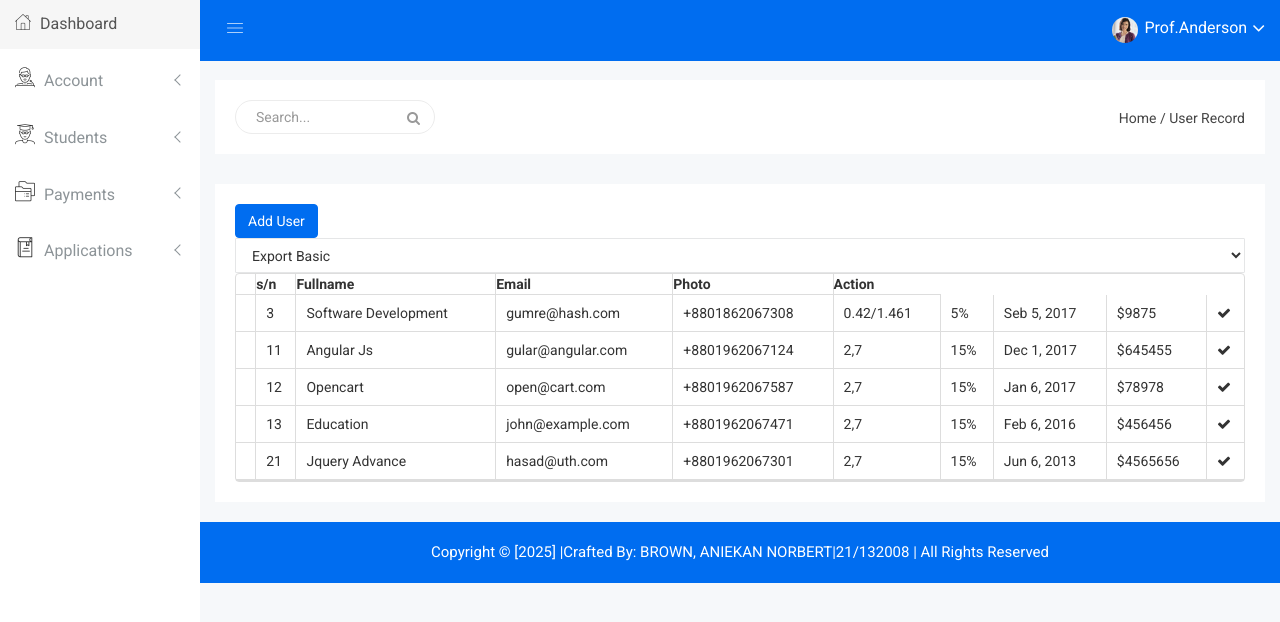
Repository: walterjnr1/crowdfunding-system
Page: http://localhost/Admin/user_record.php
An editor plug-in stored every save of this project. The page is shown before and after the next save, followed by the edit.
The browser window is 1280 px wide. The pictures show the whole page.
The page is run by PHP 8.4 with error messages shown; the project is at /var/www/html/. Other server files are loaded and not shown.

Above is the page before, as saved 2025-02-20 11:27:14.
Console error (its wording comes from the project's code and is left out).

### Admin/user_record.php
<!doctype html>
<html class="no-js" lang="en">

<head>
<title>User Record  | Kiaalap - Kiaalap Admin Template</title>

    <?php include 'head.php'; ?>
</head>
<body>
    <!--[if lt IE 8]>
		<p class="browserupgrade">You are using an <strong>outdated</strong> browser. Please <a href="http://browsehappy.com/">upgrade your browser</a> to improve your experience.</p>
	<![endif]-->
    <!-- Start Left menu area -->
    <div class="left-sidebar-pro">
        <nav id="sidebar" class="">
            <div class="sidebar-header">
                <a href="index.php"></a>
                <strong><a href="index.php"></a></strong>            </div>
            <div class="left-custom-menu-adp-wrap comment-scrollbar">

                <?php include 'sidebar_main.php'; ?>

            </div>
        </nav>
    </div>
    <!-- End Left menu area -->
    <!-- Start Welcome area -->
    <div class="all-content-wrapper">
        <div class="container-fluid">
            <div class="row">
                <div class="col-lg-12 col-md-12 col-sm-12 col-xs-12">
                    <div class="logo-pro">
                        <a href="index.php"><img class="main-logo" src="img/logo/logo.png" alt="" /></a>
                    </div>
                </div>
            </div>
        </div>
        <div class="header-advance-area">
        <div class="header-top-area">
                <div class="container-fluid">
                    <div class="row">
                        <div class="col-lg-12 col-md-12 col-sm-12 col-xs-12">
                            <div class="header-top-wraper">
                                <?php include 'header.php'; ?>
                            </div>
                        </div>
                    </div>
                </div>
            </div>
            <!-- Mobile Menu start -->
            <div class="mobile-menu-area">
                <div class="container">
                    <div class="row">
                        <div class="col-lg-12 col-md-12 col-sm-12 col-xs-12">
                            <div class="mobile-menu">
                                <?php include 'sidebar_mobile.php'; ?>
                            </div>
                        </div>
                    </div>
                </div>
            </div>
            <!-- Mobile Menu end -->
            <div class="breadcome-area">
                <div class="container-fluid">
                    <div class="row">
                        <div class="col-lg-12 col-md-12 col-sm-12 col-xs-12">
                            <div class="breadcome-list single-page-breadcome">
                                <div class="row">
                                    <div class="col-lg-6 col-md-6 col-sm-6 col-xs-12">
                                        <div class="breadcome-heading">
                                            <form role="search" class="sr-input-func">
                                                <input type="text" placeholder="Search..." class="search-int form-control">
                                                <a href="#"><i class="fa fa-search"></i></a>
                                            </form>
                                        </div>
                                    </div>
                                    <div class="col-lg-6 col-md-6 col-sm-6 col-xs-12">
                                        <ul class="breadcome-menu">
                                            <li><a href="#">Home</a> <span class="bread-slash">/</span>
                                            </li>
                                            <li><span class="bread-blod">User Record</span>
                                            </li>
                                        </ul>
                                    </div>
                                </div>
                            </div>
                        </div>
                    </div>
                </div>
            </div>
        </div>
        <!-- Static Table Start -->
        <div class="data-table-area mg-b-15">
            <div class="container-fluid">
                <div class="row">
                    <div class="col-lg-12 col-md-12 col-sm-12 col-xs-12">
                        <div class="sparkline13-list">
                            <div class="sparkline13-hd">
                                <div class="main-sparkline13-hd">
                                <button onclick="window.location.href='add_user.php';" class="btn btn-primary waves-effect waves-light">Add User</button>

</div>
                            </div>
                            <div class="sparkline13-graph">
                                <div class="datatable-dashv1-list custom-datatable-overright">
                                    <div id="toolbar">
                                        <select class="form-control dt-tb">
											<option value="">Export Basic</option>
											<option value="all">Export All</option>
											<option value="selected">Export Selected</option>
										</select>
                                    </div>
                                    <table id="table" data-toggle="table" data-pagination="true" data-search="true" data-show-columns="true" data-show-pagination-switch="true" data-show-refresh="true" data-key-events="true" data-show-toggle="true" data-resizable="true" data-cookie="true"
                                        data-cookie-id-table="saveId" data-show-export="true" data-click-to-select="true" data-toolbar="#toolbar">
                                        <thead>
                                            <tr>
                                                <th data-field="state" data-checkbox="true"></th>
                                                <th data-field="id">s/n</th>
                                                <th data-field="name" data-editable="true">Fullname</th>
                                                <th data-field="email" data-editable="true">Email</th>
                                                <th data-field="date" data-editable="true">Photo</th>
                                                <th data-field="action">Action</th>
                                            </tr>
                                        </thead>
                                        <tbody>

                                            <tr>
                                                <td></td>
                                                <td>3</td>
                                                <td>Software Development</td>
                                                <td>gumre@hash.com</td>
                                                <td>+8801862067308</td>
                                                <td class="datatable-ct"><span class="pie">0.42/1.461</span>
                                                </td>
                                                <td>5%</td>
                                                <td>Seb 5, 2017</td>
                                                <td>$9875</td>
                                                <td class="datatable-ct"><i class="fa fa-check"></i>
                                                </td>
                                            </tr>

                                            <tr>
                                                <td></td>
                                                <td>11</td>
                                                <td>Angular Js</td>
                                                <td>gular@angular.com</td>
                                                <td>+8801962067124</td>
                                                <td class="datatable-ct"><span class="pie">2,7</span>
                                                </td>
                                                <td>15%</td>
                                                <td>Dec 1, 2017</td>
                                                <td>$645455</td>
                                                <td class="datatable-ct"><i class="fa fa-check"></i>
                                                </td>
                                            </tr>
                                            <tr>
                                                <td></td>
                                                <td>12</td>
                                                <td>Opencart</td>
                                                <td>open@cart.com</td>
                                                <td>+8801962067587</td>
                                                <td class="datatable-ct"><span class="pie">2,7</span>
                                                </td>
                                                <td>15%</td>
                                                <td>Jan 6, 2017</td>
                                                <td>$78978</td>
                                                <td class="datatable-ct"><i class="fa fa-check"></i>
                                                </td>
                                            </tr>
                                            <tr>
                                                <td></td>
                                                <td>13</td>
                                                <td>Education</td>
                                                <td>john@example.com</td>
                                                <td>+8801962067471</td>
                                                <td class="datatable-ct"><span class="pie">2,7</span>
                                                </td>
                                                <td>15%</td>
                                                <td>Feb 6, 2016</td>
                                                <td>$456456</td>
                                                <td class="datatable-ct"><i class="fa fa-check"></i>
                                                </td>
                                            </tr>
                                             <tr>
                                                <td></td>
                                                <td>21</td>
                                                <td>Jquery Advance</td>
                                                <td>hasad@uth.com</td>
                                                <td>+8801962067301</td>
                                                <td class="datatable-ct"><span class="pie">2,7</span>
                                                </td>
                                                <td>15%</td>
                                                <td>Jun 6, 2013</td>
                                                <td>$4565656</td>
                                                <td class="datatable-ct"><i class="fa fa-check"></i>
                                                </td>
                                            </tr>
                                        </tbody>
                                    </table>
                                </div>
                            </div>
                        </div>
                    </div>
                </div>
            </div>
        </div>

        <?php include('../inc/footer_admin.php'); ?>

</div>

<?php include('bottom_script.php'); ?>
</body>

</html>

### Admin/header.php
<div class="row">
                                    <div class="col-lg-1 col-md-0 col-sm-1 col-xs-12">
                                        <div class="menu-switcher-pro">
                                            <button type="button" id="sidebarCollapse" class="btn bar-button-pro header-drl-controller-btn btn-info navbar-btn">
													<i class="educate-icon educate-nav"></i>
												</button>
                                        </div>
                                    </div>
                                    <div class="col-lg-6 col-md-7 col-sm-6 col-xs-12">
                                        <div class="header-top-menu tabl-d-n">

                                        </div>
                                    </div>
                                    <div class="col-lg-5 col-md-5 col-sm-12 col-xs-12">
                                        <div class="header-right-info">
                                            <ul class="nav navbar-nav mai-top-nav header-right-menu">


                                                <li class="nav-item">
                                                    <a href="#" data-toggle="dropdown" role="button" aria-expanded="false" class="nav-link dropdown-toggle">
															<img src="img/product/pro4.jpg" alt="" />
															<span class="admin-name">Prof.Anderson</span>
															<i class="fa fa-angle-down edu-icon edu-down-arrow"></i>
														</a>
                                                    <ul role="menu" class="dropdown-header-top author-log dropdown-menu animated zoomIn">

                                                        <li><a href="#"><span class="edu-icon edu-user-rounded author-log-ic"></span>My Profile</a>
                                                        </li>
                                                        <li><a href="#"><span class="edu-icon edu-money author-log-ic"></span>Change Password</a>
                                                        </li>
                                                        </li>
                                                        <li><a href="#"><span class="edu-icon edu-locked author-log-ic"></span>Log Out</a>
                                                        </li>
                                                    </ul>
                                                </li>


                                                </li>
                                            </ul>
                                        </div>
                                    </div>
                                </div>

### inc/footer_Admin.php
<div class="footer-copyright-area">
            <div class="container-fluid">
                <div class="row">
                    <div class="col-lg-12">
                        <div class="footer-copy-right">
                            <p>Copyright &copy; [<?php echo date("Y")?>] |Crafted By: BROWN, ANIEKAN NORBERT|21/132008 | All Rights Reserved</p>
                        </div>
                    </div>
                </div>
            </div>
        </div>

### Admin/css/educate-custon-icon.css
@font-face {
  font-family: 'educate-icon';
  src:
    url('fonts/educate-icon.ttf?kufm5h') format('truetype'),
    url('fonts/educate-icon.woff?kufm5h') format('woff'),
    url('fonts/educate-icon.svg?kufm5h#educate-icon') format('svg');
  font-weight: normal;
  font-style: normal;
}

.educate-icon {
  /* use !important to prevent issues with browser extensions that change fonts */
  font-family: 'educate-icon' !important;
  speak: none;
  font-style: normal;
  font-weight: normal;
  font-variant: normal;
  text-transform: none;
  line-height: 1;

  /* Better Font Rendering =========== */
  -webkit-font-smoothing: antialiased;
  -moz-osx-font-smoothing: grayscale;
}

.educate-danger:before {
  content: "\e91b";
}
.educate-info:before {
  content: "\e91c";
}
.educate-warning:before {
  content: "\e91d";
}
.educate-star:before {
  content: "\e919";
}
.educate-star-half:before {
  content: "\e91a";
}
.educate-apps:before {
  content: "\e900";
}
.educate-bell:before {
  content: "\e901";
}
.educate-charts:before {
  content: "\e902";
}
.educate-checked:before {
  content: "\e903";
}
.educate-cloud:before {
  content: "\e904";
}
.educate-comment:before {
  content: "\e905";
}
.educate-course:before {
  content: "\e906";
}
.educate-data-table:before {
  content: "\e907";
}
.educate-department:before {
  content: "\e908";
}
.educate-event:before {
  content: "\e909";
}
.educate-form:before {
  content: "\e90a";
}
.educate-home:before {
  content: "\e90b";
}
.educate-interface:before {
  content: "\e90c";
}
.educate-landing:before {
  content: "\e90d";
}
.educate-library:before {
  content: "\e90e";
}
.educate-menu:before {
  content: "\e90f";
}
.educate-message:before {
  content: "\e910";
}
.educate-miscellanous:before {
  content: "\e911";
}
.educate-nav:before {
  content: "\e912";
}
.educate-pages:before {
  content: "\e913";
}
.educate-professor:before {
  content: "\e914";
}
.educate-project:before {
  content: "\e915";
}
.educate-search:before {
  content: "\e916";
}
.educate-settings:before {
  content: "\e917";
}
.educate-student:before {
  content: "\e918";
}
.educate-price-tag:before {
  content: "\e935";
}
.educate-price-tags:before {
  content: "\e936";
}

### Admin/css/metisMenu/metisMenu-vertical.css
.sidebar-nav {
    background: #fff;
}
.sidebar-nav ul {
    padding: 0;
    margin: 0;
    list-style: none;
    background: #f5f5f5;
}
.sidebar-nav .metismenu {
    background: #fff;
    display: -webkit-box;
    display: -ms-flexbox;
    display: flex;
    -webkit-box-orient: vertical;
    -webkit-box-direction: normal;
    -ms-flex-direction: column;
    flex-direction: column;
}
.sidebar-nav .metismenu li + li {
  margin-top: 5px;
}
.sidebar-nav .metismenu li:last-child {
  margin-bottom: 5px;
}
.sidebar-nav .metismenu > li {
/*    -webkit-box-flex: 1;
    -ms-flex: 1 1 0%;
    flex: 1 1 0%;*/
    display: -webkit-box;
    display: -ms-flexbox;
    display: flex;
    -webkit-box-orient: vertical;
    -webkit-box-direction: normal;
    -ms-flex-direction: column;
    flex-direction: column;
    position: relative;
}
.sidebar-nav .metismenu a {
    position: relative;
    display: block;
    padding: 13px 15px;
    color: #444;
    outline-width: 0;
    transition: all .3s ease-out;
	font-size:16px;
	font-weight:400;
}

.sidebar-nav .metismenu ul a {
    padding: 10px 15px 10px 40px;
}

.sidebar-nav .metismenu ul ul a {
    padding: 10px 15px 10px 45px;
}
.sidebar-nav .metismenu a:hover,
.sidebar-nav .metismenu a:focus,
.sidebar-nav .metismenu a:active {
    color: #555;
    text-decoration: none;
    background: #e12503;
}
.sidebar-nav .metismenu li .icon-wrap{
	margin-right:5px;
	font-size:20px;
	color:#303030;
}
.sidebar-nav .metismenu li .sub-icon-mg{
	margin-right:5px;
	font-size:16px;
}
#sidebar.active .metismenu li .mini-click-non{
	display:none;
}
#sidebar.active .metismenu li .has-arrow:after{
	display:none;
}
#sidebar.active .metismenu li .submenu-angle li a {
    padding: 10px 20px 10px 20px;
}

Loaded but not shown: Admin/css/bootstrap.min.css (library); Admin/css/font-awesome.min.css (library); Admin/css/owl.carousel.css (common file); Admin/css/owl.theme.css (common file); Admin/css/owl.transitions.css (library); Admin/css/animate.css (library); Admin/css/normalize.css (library); Admin/css/meanmenu.min.css (common file); Admin/css/morrisjs/morris.css (common file); Admin/css/scrollbar/jquery.mCustomScrollbar.min.css (library); Admin/css/metisMenu/metisMenu.min.css (common file); Admin/css/calendar/fullcalendar.min.css (library); Admin/css/calendar/fullcalendar.print.min.css (common file); Admin/css/editor/select2.css (common file); Admin/css/editor/bootstrap-editable.css (library); Admin/css/data-table/bootstrap-table.css (library); Admin/css/data-table/bootstrap-editable.css (library); Admin/js/bootstrap.min.js (library); Admin/js/wow.min.js (library); Admin/js/jquery-price-slider.js (library); Admin/js/jquery.meanmenu.js (library); Admin/js/owl.carousel.min.js (library); Admin/js/jquery.sticky.js (library); Admin/js/jquery.scrollUp.min.js (common file); Admin/js/counterup/jquery.counterup.min.js (common file); Admin/js/counterup/waypoints.min.js (library); Admin/js/counterup/counterup-active.js (common file); Admin/js/scrollbar/jquery.mCustomScrollbar.concat.min.js (library); Admin/js/metisMenu/metisMenu.min.js (library); Admin/js/metisMenu/metisMenu-active.js (common file); Admin/js/morrisjs/raphael-min.js (library); Admin/js/sparkline/jquery.sparkline.min.js (library); Admin/js/sparkline/jquery.charts-sparkline.js (library); Admin/js/data-table/bootstrap-table.js (library); Admin/js/data-table/data-table-active.js (common file); Admin/js/data-table/bootstrap-table-editable.js (library); Admin/js/data-table/bootstrap-editable.js (library); Admin/js/data-table/bootstrap-table-resizable.js (common file); Admin/js/data-table/bootstrap-table-export.js (library); Admin/js/data-table/tableExport.js (2097 lines, source omitted); Admin/js/morrisjs/morris.js (1892 lines, source omitted); Admin/js/data-table/colResizable-1.5.source.js (366 lines, source omitted); Admin/js/sparkline/sparkline-active.js (146 lines, source omitted); Admin/js/main.js (100 lines, source omitted); Admin/js/morrisjs/morris-active.js (109 lines, source omitted); Admin/js/scrollbar/mCustomScrollbar-active.js (58 lines, source omitted); Admin/js/plugins.js (24 lines, source omitted); Admin/style.css (4721 lines, source omitted); Admin/css/responsive.css (755 lines, source omitted); Admin/sidebar_mobile.php (174 lines, source omitted); Admin/css/editor/datetimepicker.css (366 lines, source omitted); Admin/css/main.css (280 lines, source omitted); Admin/css/editor/x-editor-style.css (106 lines, source omitted); Admin/head.php (61 lines, source omitted); Admin/bottom_script.php (64 lines, source omitted); Admin/sidebar_main.php (38 lines, source omitted)

After the next save:
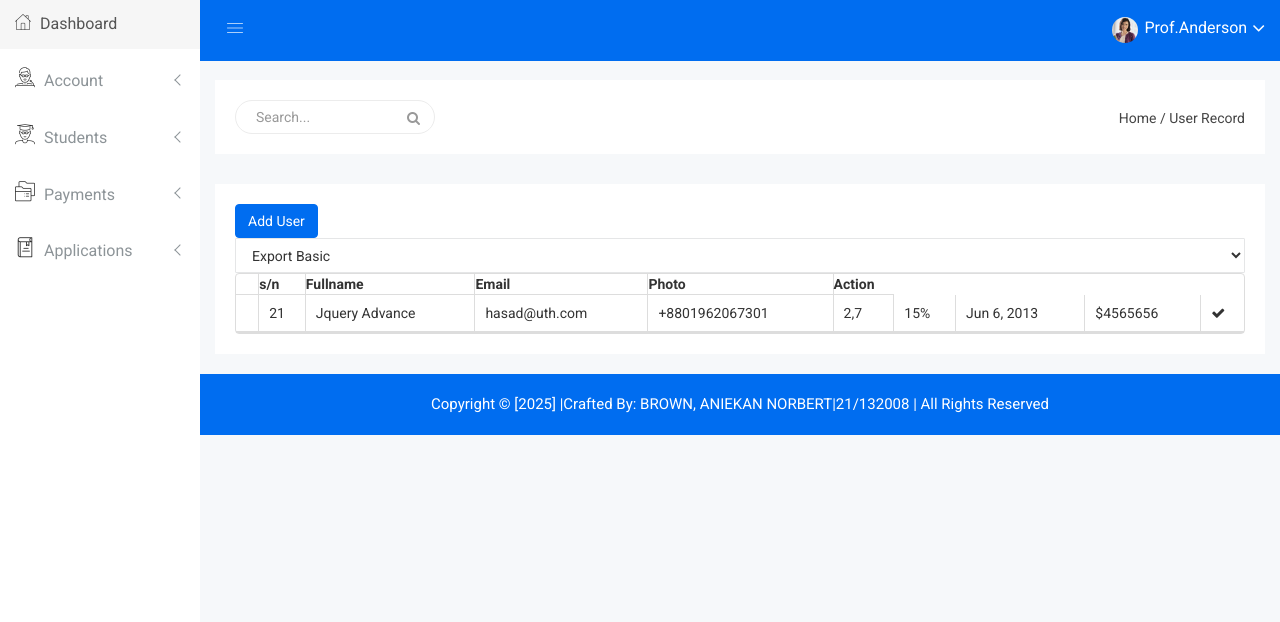
Saved 15 s later.
--- a/Admin/user_record.php
+++ b/Admin/user_record.php
@@ -124,63 +124,7 @@
                                         </thead>
                                         <tbody>
 
-                                            <tr>
-                                                <td></td>
-                                                <td>3</td>
-                                                <td>Software Development</td>
-                                                <td>gumre@hash.com</td>
-                                                <td>+8801862067308</td>
-                                                <td class="datatable-ct"><span class="pie">0.42/1.461</span>
-                                                </td>
-                                                <td>5%</td>
-                                                <td>Seb 5, 2017</td>
-                                                <td>$9875</td>
-                                                <td class="datatable-ct"><i class="fa fa-check"></i>
-                                                </td>
-                                            </tr>
 
-                                            <tr>
-                                                <td></td>
-                                                <td>11</td>
-                                                <td>Angular Js</td>
-                                                <td>gular@angular.com</td>
-                                                <td>+8801962067124</td>
-                                                <td class="datatable-ct"><span class="pie">2,7</span>
-                                                </td>
-                                                <td>15%</td>
-                                                <td>Dec 1, 2017</td>
-                                                <td>$645455</td>
-                                                <td class="datatable-ct"><i class="fa fa-check"></i>
-                                                </td>
-                                            </tr>
-                                            <tr>
-                                                <td></td>
-                                                <td>12</td>
-                                                <td>Opencart</td>
-                                                <td>open@cart.com</td>
-                                                <td>+8801962067587</td>
-                                                <td class="datatable-ct"><span class="pie">2,7</span>
-                                                </td>
-                                                <td>15%</td>
-                                                <td>Jan 6, 2017</td>
-                                                <td>$78978</td>
-                                                <td class="datatable-ct"><i class="fa fa-check"></i>
-                                                </td>
-                                            </tr>
-                                            <tr>
-                                                <td></td>
-                                                <td>13</td>
-                                                <td>Education</td>
-                                                <td>john@example.com</td>
-                                                <td>+8801962067471</td>
-                                                <td class="datatable-ct"><span class="pie">2,7</span>
-                                                </td>
-                                                <td>15%</td>
-                                                <td>Feb 6, 2016</td>
-                                                <td>$456456</td>
-                                                <td class="datatable-ct"><i class="fa fa-check"></i>
-                                                </td>
-                                            </tr>
                                              <tr>
                                                 <td></td>
                                                 <td>21</td>
